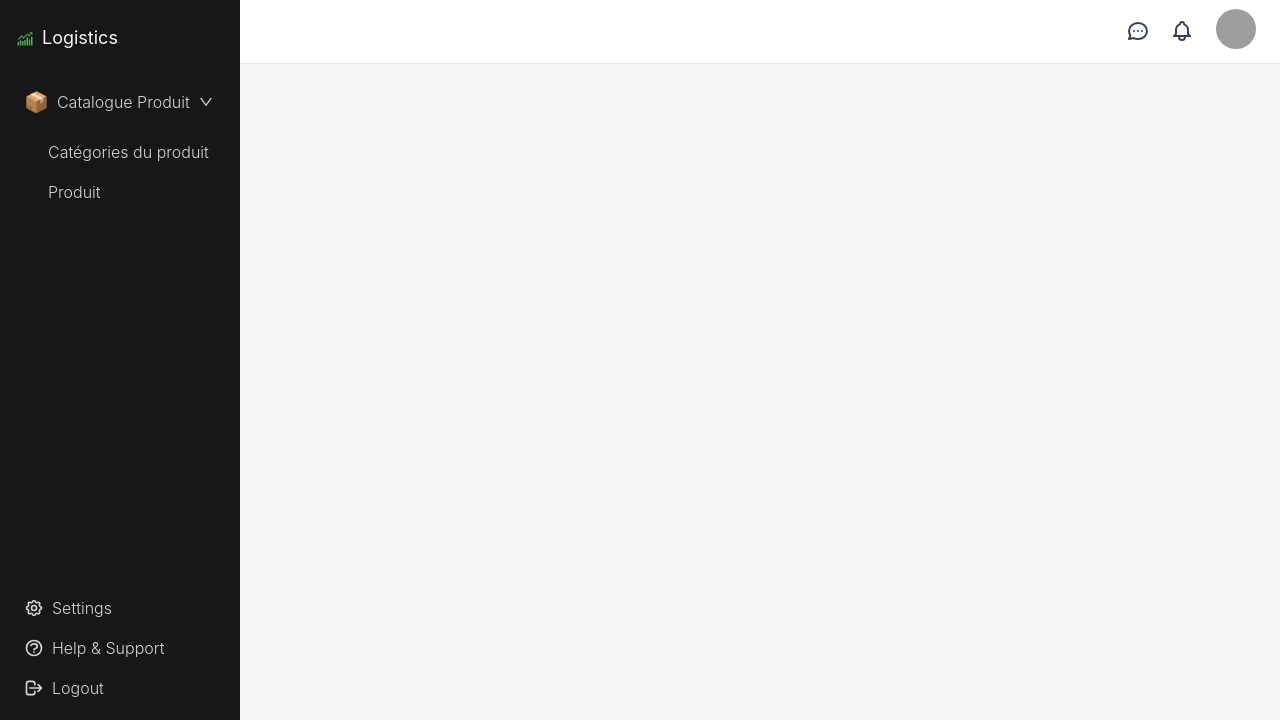
Repository: Mayar2222/Dashboard
Page: /, after clicking the first element matching `button.flex`
An editor plug-in stored every save of this project. The page is shown before and after a run of saves, followed by the edit.
The browser window is 1280 px wide. The pictures show the whole page.
Pictures or frames that could not be fetched are drawn as grey boxes. The project was rebuilt for these pictures with package versions that can differ from the ones it lists, and the page was loaded fresh each time. Also part of the build but not shown: src/components/CatalogueProduits.jsx, src/components/Categories.jsx.

Above is the page before, as saved 2024-07-28 16:58:24.

After the next 2 saves:
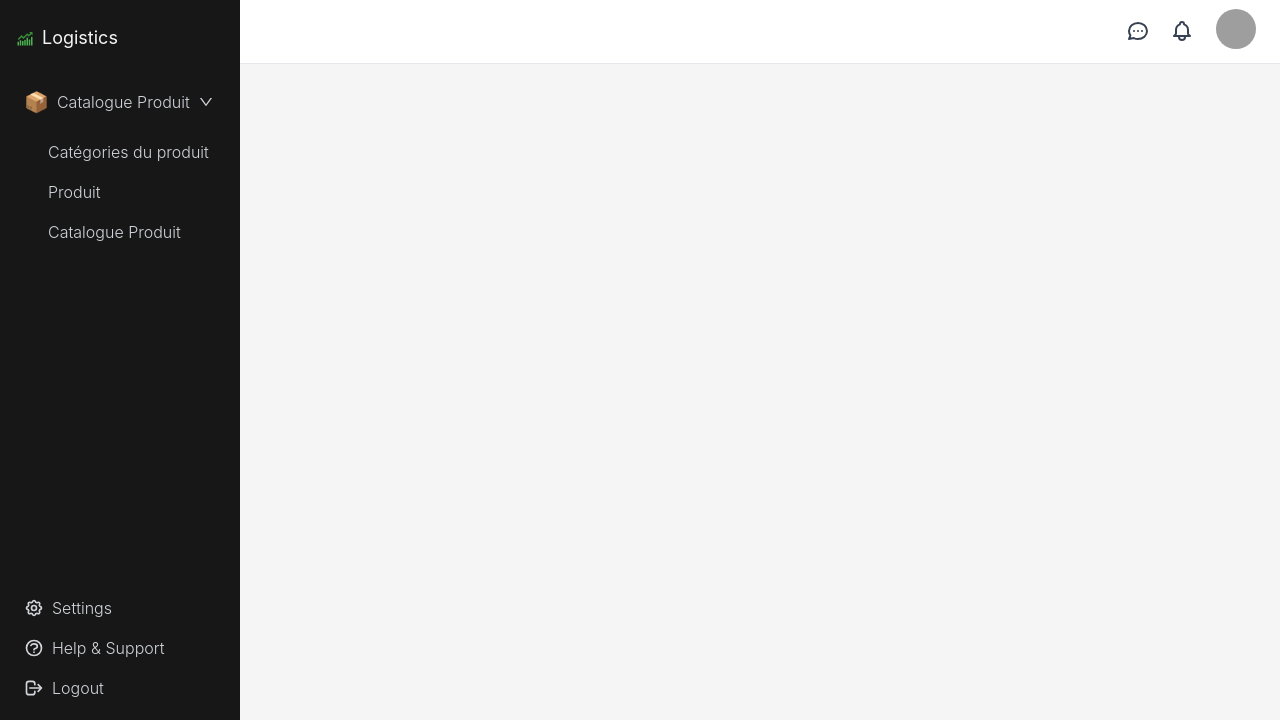
The 2 saves are shown as one change because they came seconds apart.
The last was saved 8 s later.
--- a/src/components/shared/Sidebar.jsx
+++ b/src/components/shared/Sidebar.jsx
@@ -37,8 +37,11 @@
               <Link to="/categories" className={linkClasses}>
                 Catégories du produit
               </Link>
+              <Link to="/produit" className={linkClasses}>
+                Produit
+              </Link>
               <Link to="/catalogue" className={linkClasses}>
-                Produit
+                Catalogue Produit
               </Link>
             </div>
           )}

After the save that followed:
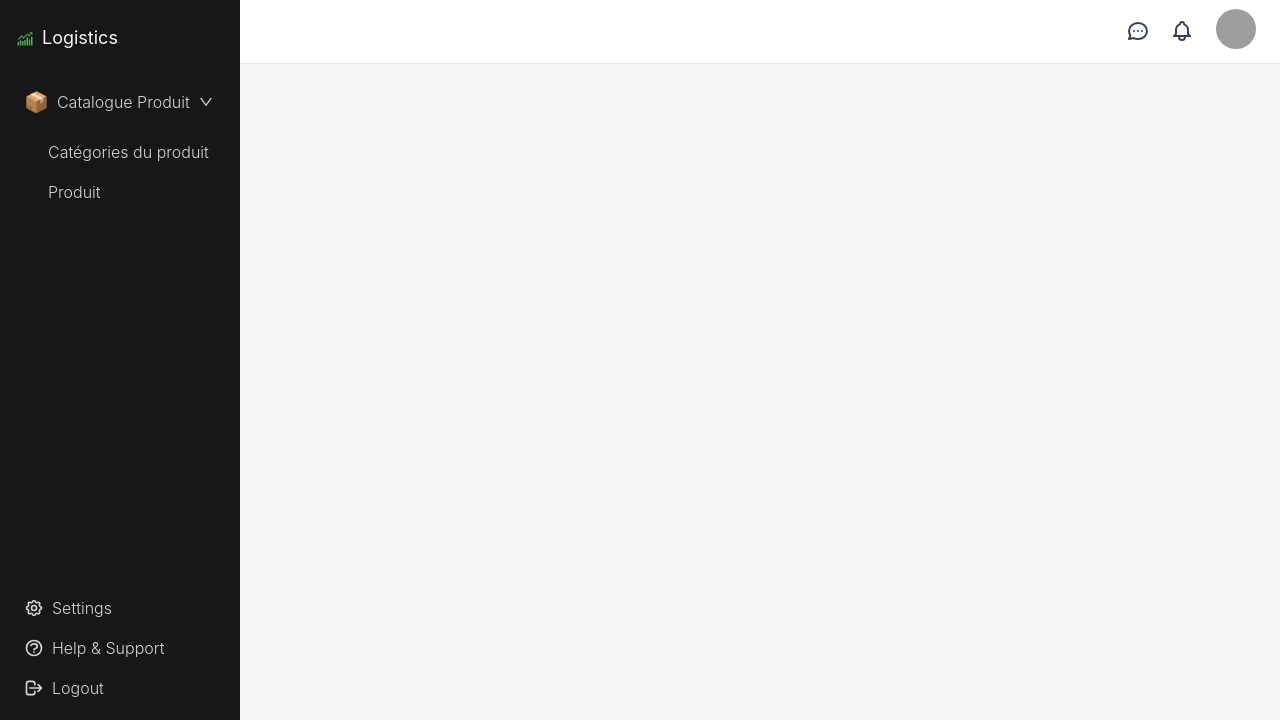
Saved 14 s later.
--- a/src/components/shared/Sidebar.jsx
+++ b/src/components/shared/Sidebar.jsx
@@ -41,7 +41,7 @@
                 Produit
               </Link>
               <Link to="/catalogue" className={linkClasses}>
-                Catalogue Produit
+
               </Link>
             </div>
           )}
